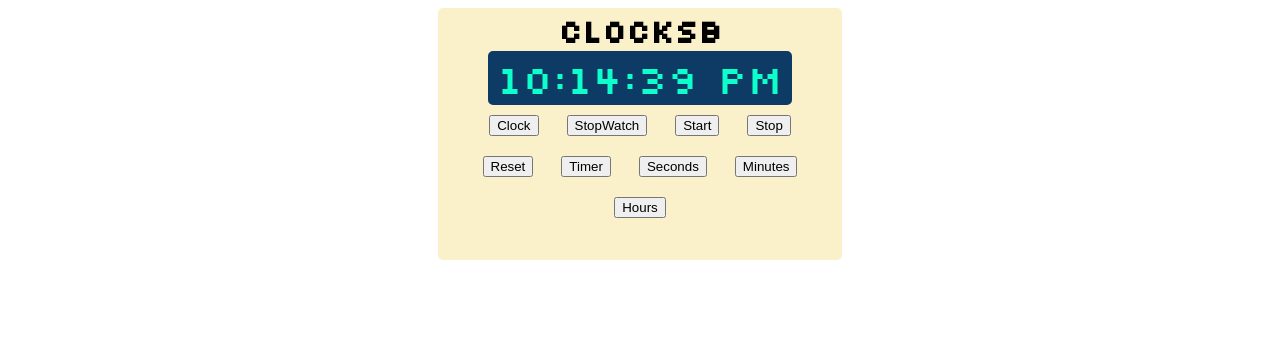
Repository: ourshadetree/clockSB
Page: index.html
An editor plug-in stored every save of this project. The page is shown before and after the next save, followed by the edit.
The browser window is 1280 px wide. The pictures show the whole page.

Above is the page before, as saved 2025-12-06 08:53:09.

After the next save:
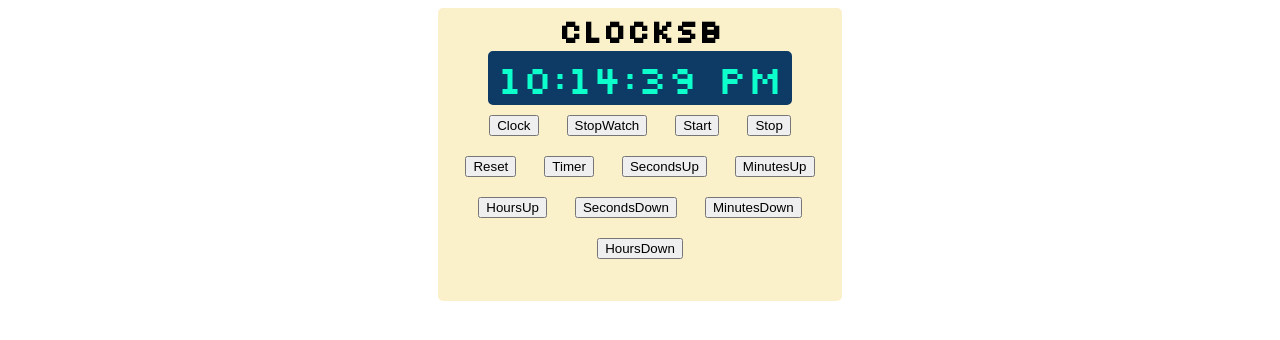
Saved 34 s later.
--- a/index.html
+++ b/index.html
@@ -21,9 +21,12 @@
         <button onClick="end()">Stop</button>
         <button onClick="loadSW()">Reset</button>
         <button onClick="loadTimer()">Timer</button>
-        <button>Seconds</button>
-        <button>Minutes</button>
-        <button>Hours</button>
+        <button>SecondsUp</button>
+        <button>MinutesUp</button>
+        <button>HoursUp</button>
+        <button>SecondsDown</button>
+        <button>MinutesDown</button>
+        <button>HoursDown</button>
     </div>
 </body>
 </html>
